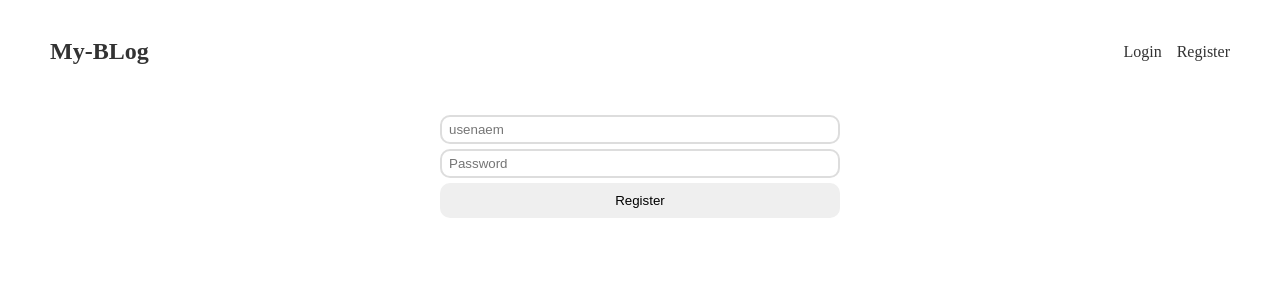
Repository: Attar786/mernblog
Page: /register (app in client/)
An editor plug-in stored every save of this project. The page is shown before and after the next save, followed by the edit.
The browser window is 1280 px wide. The pictures show the whole page.
The project was rebuilt for these pictures with package versions that can differ from the ones it lists, and the page was loaded fresh each time. Also part of the build but not shown: client/vite.config.js, client/src/components/Post.jsx, client/src/pages/Indexpage.jsx, client/src/pages/LoginPage.jsx, client/src/index.css.

Above is the page before, as saved 2024-08-14 17:24:34.

After the next save:
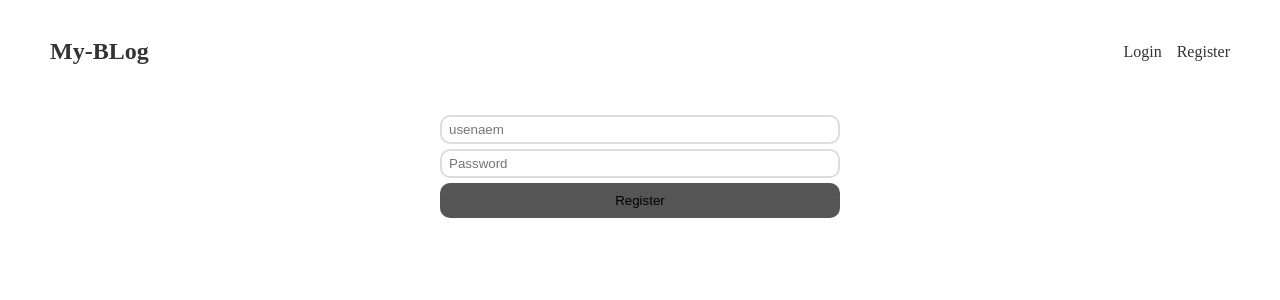
Saved 3 min 18 s later.
--- a/client/src/App.css
+++ b/client/src/App.css
@@ -78,6 +78,7 @@
 form button{
 width: 100%;
 border-radius: 10px;
+background-color:#555;
 border: none;
 padding: 10px;
 cursor: pointer;
